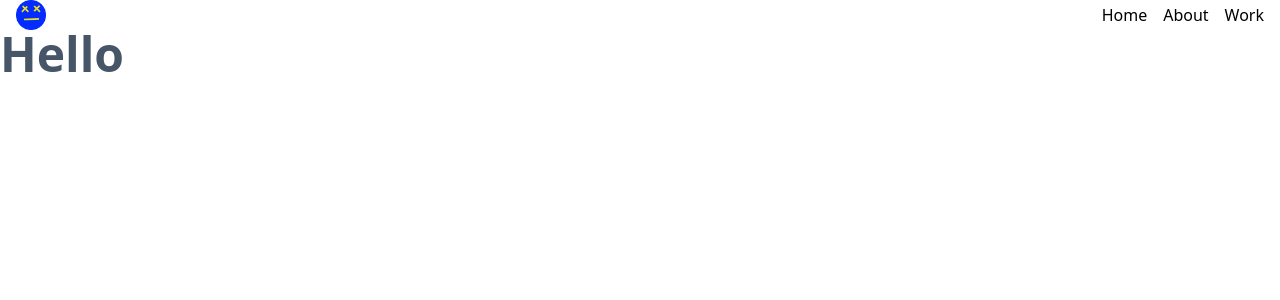
Repository: aaroncemery/aaroncemery-next
Page: /
The author's editor kept a copy of each file at every save. The page is drawn from the files as they stood at one save, then again after the next save.
The browser window is 1280 px wide. The pictures show the whole page.
The project was rebuilt for these pictures with package versions that can differ from the ones it lists, and the page was loaded fresh each time. The framework's server and built-in components were replaced by stand-ins that run in the browser. Also part of the build but not shown: next.config.js.

Above is the page before, as saved 2022-06-13 17:01:28.

After the next save:
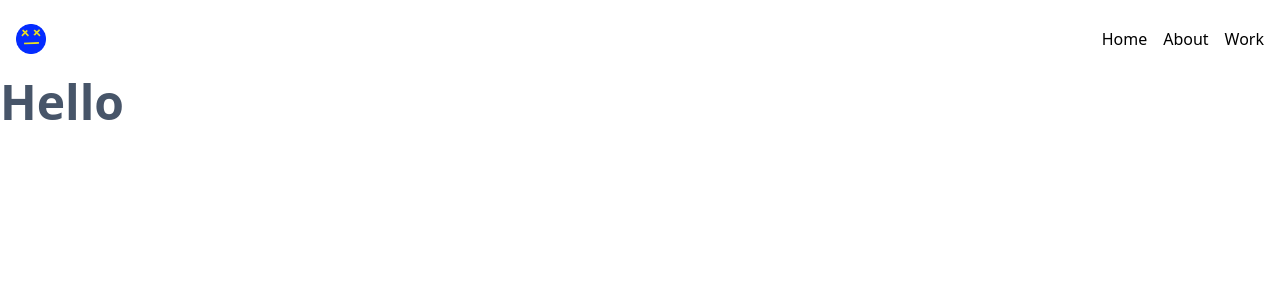
Saved 9 s later.
--- a/pages/index.tsx
+++ b/pages/index.tsx
@@ -6,7 +6,7 @@ import NavIcon from '../public/nav-icon.png'
 const Home: NextPage = () => {
   return (
     <Fragment>
-      <nav className="container flex justify-between items-center px-4">
+      <nav className="container flex justify-between items-center px-4 py-6">
         <Image src={NavIcon} alt={'aaroncemery icon'} height={30} width={30} />
         <ul className="flex justify-between items-center gap-4">
           <li>Home</li>
